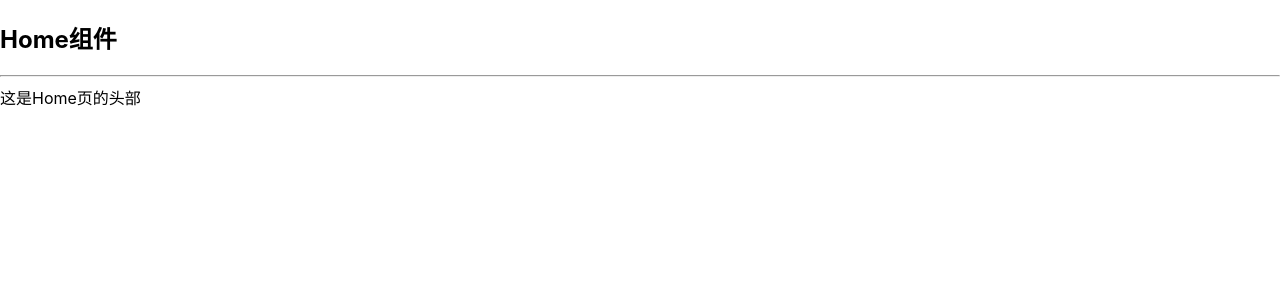
Repository: zhenzhen-gong/react-learning
Page: /
An editor plug-in stored every save of this project. The page is shown before and after the next save, followed by the edit.
The browser window is 1280 px wide. The pictures show the whole page.
The project was rebuilt for these pictures with package versions that can differ from the ones it lists, and the page was loaded fresh each time.

Above is the page before, as saved 2021-04-16 23:44:28.

After the next save:
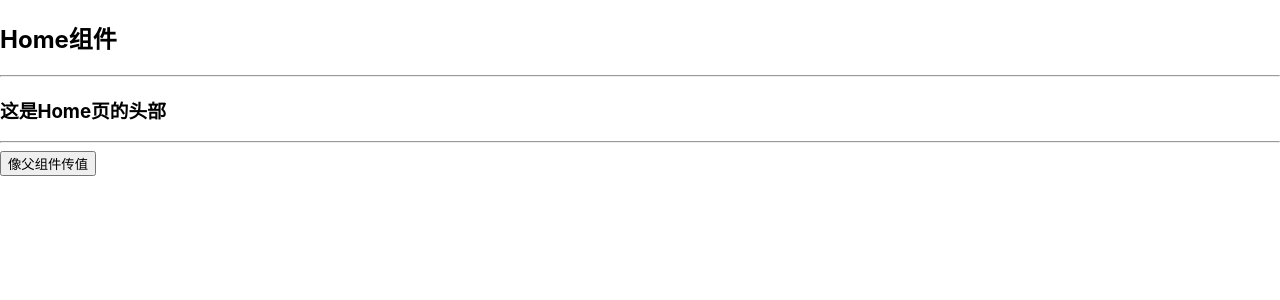
Saved 118 s later.
--- a/src/component/passValue/header.js
+++ b/src/component/passValue/header.js
@@ -11,7 +11,9 @@ class Header extends Component {
     render() {
         return (
             <div>
-                这是{this.props.title}页的头部
+                <h3>这是{this.props.title}页的头部</h3>
+                <hr />
+                <button type="button">像父组件传值</button>
             </div>
         )
     }
